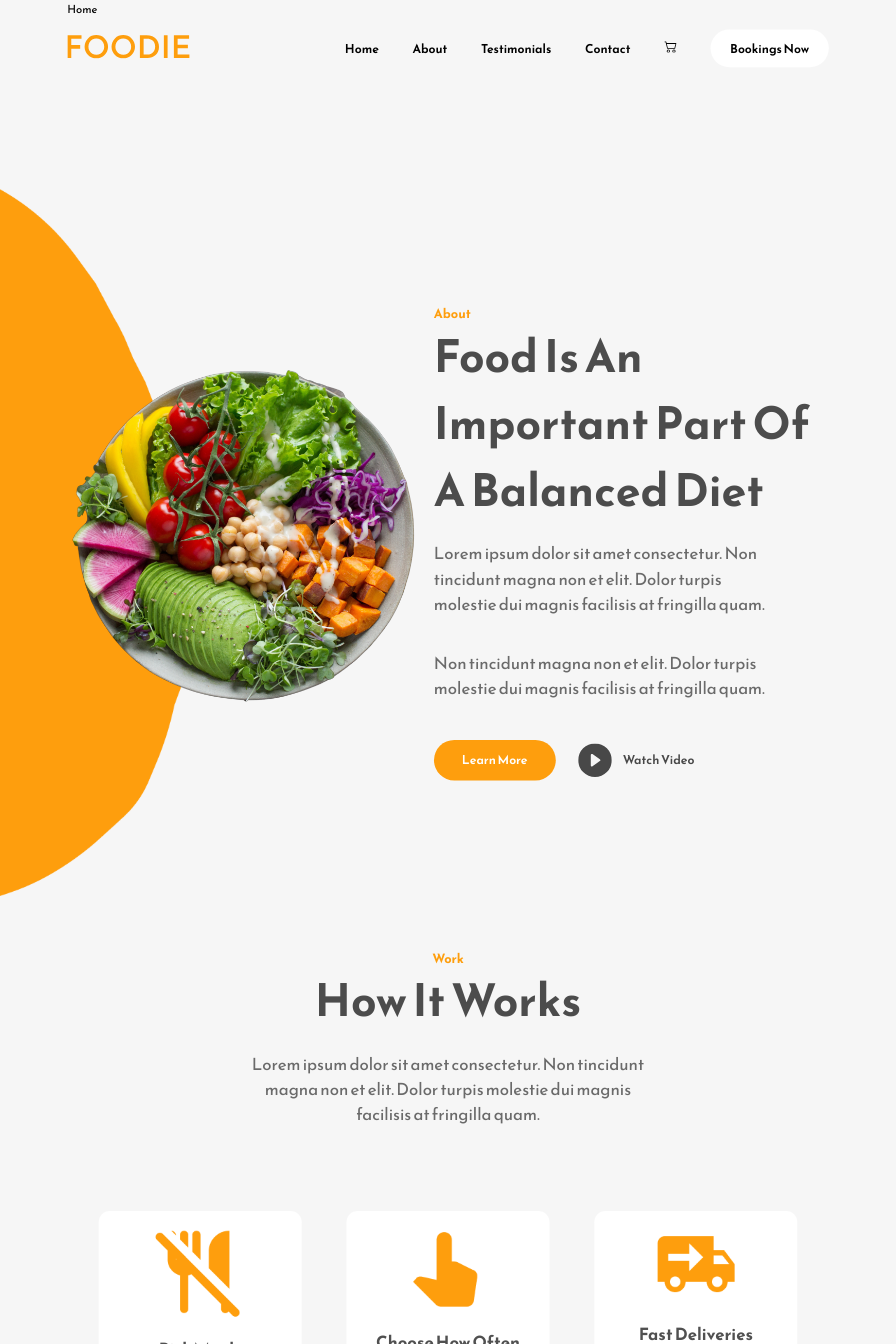
Repository: alagarragavan/react-landing-page
Page: /
These files come from the project's save history. The page is drawn as it stood at one moment and after a run of saves; the edit follows.
The browser window is 1280 px wide. The pictures show the part of the page from y = 0 to 1920 px (the page is 3918 px tall before and 3894 px after), at 70% of full size.
The project was rebuilt for these pictures with package versions that can differ from the ones it lists, and the page was loaded fresh each time.

Above is the page before, as saved 2024-07-16 14:13:28.

### public/index.html
<!DOCTYPE html>
<html lang="en">
  <head>
    <meta charset="utf-8" />
    <link rel="icon" href="%PUBLIC_URL%/favicon.ico" />
    <meta name="viewport" content="width=device-width, initial-scale=1" />
    <meta name="theme-color" content="#000000" />
    <meta
      name="description"
      content="Web site created using create-react-app"
    />
    <link rel="apple-touch-icon" href="%PUBLIC_URL%/logo192.png" />

    <link rel="manifest" href="%PUBLIC_URL%/manifest.json" />
    <link rel="preconnect" href="https://fonts.googleapis.com">
    <link rel="preconnect" href="https://fonts.gstatic.com" crossorigin>
    <link href="https://fonts.googleapis.com/css2?family=Reem+Kufi:wght@400..700&display=swap" rel="stylesheet">
    <title>Restaurant Landing App</title>
  </head>
  <body>
    <noscript>You need to enable JavaScript to run this app.</noscript>
    <div id="root"></div>

  </body>
</html>

### src/Components/Home.js
import React from 'react'
import Navbar from './Navbar'

const Home = () => {
  return (

    <div>Home
       <Navbar/>
    </div>
  )
}

export default Home

### src/Components/About.js
import React from "react";
import AboutBackground from "../Assets/about-background.png";
import AboutBackgroundImage from "../Assets/about-background-image.png";
import { BsFillPlayCircleFill } from "react-icons/bs";

const About = () => {
  return (
    <div className="about-section-container">
      <div className="about-background-image-container">
        <img src={AboutBackground} alt="" />
      </div>
      <div className="about-section-image-container">
        <img src={AboutBackgroundImage} alt="" />
      </div>
      <div className="about-section-text-container">
        <p className="primary-subheading">About</p>
        <h1 className="primary-heading">
          Food Is An Important Part Of A Balanced Diet
        </h1>
        <p className="primary-text">
          Lorem ipsum dolor sit amet consectetur. Non tincidunt magna non et
          elit. Dolor turpis molestie dui magnis facilisis at fringilla quam.
        </p>
        <p className="primary-text">
          Non tincidunt magna non et elit. Dolor turpis molestie dui magnis
          facilisis at fringilla quam.
        </p>
        <div className="about-buttons-container">
          <button className="secondary-button">Learn More</button>
          <button className="watch-video-button">
            <BsFillPlayCircleFill /> Watch Video
          </button>
        </div>
      </div>
    </div>
  );
};

export default About;

### src/Components/Work.js
import React from "react";
import PickMeals from "../Assets/pick-meals-image.png";
import ChooseMeals from "../Assets/choose-image.png";
import DeliveryMeals from "../Assets/delivery-image.png";

const Work = () => {
  const workInfoData = [
    {
      image: PickMeals,
      title: "Pick Meals",
      text: "Lorem ipsum dolor sit amet consectetur. Maecenas orci et sagittis duis elementum interdum facilisi bibendum.",
    },
    {
      image: ChooseMeals,
      title: "Choose How Often",
      text: "Lorem ipsum dolor sit amet consectetur. Maecenas orci et ",
    },
    {
      image: DeliveryMeals,
      title: "Fast Deliveries",
      text: "Lorem ipsum dolor sit amet consectetur. Maecenas orci et lorem ipsum",
    },
  ];
  return (
    <div className="work-section-wrapper">
      <div className="work-section-top">
        <p className="primary-subheading">Work</p>
        <h1 className="primary-heading">How It Works</h1>
        <p className="primary-text">
          Lorem ipsum dolor sit amet consectetur. Non tincidunt magna non et
          elit. Dolor turpis molestie dui magnis facilisis at fringilla quam.
        </p>
      </div>
      <div className="work-section-bottom">
        {workInfoData.map((data) => (
          <div className="work-section-info" key={data.title}>
            <div className="info-boxes-img-container">
              <img src={data.image} alt="" />
            </div>
            <h2>{data.title}</h2>
            <p>{data.text}</p>
          </div>
        ))}
      </div>
    </div>
  );
};

export default Work;

### src/Components/Testimonial.js
import React from "react";
import ProfilePic from "../Assets/john-doe-image.png";
import { AiFillStar } from "react-icons/ai";

const Testimonial = () => {
  return (
    <div className="work-section-wrapper">
      <div className="work-section-top">
        <p className="primary-subheading">Testimonial</p>
        <h1 className="primary-heading">What They Are Saying</h1>
        <p className="primary-text">
          Lorem ipsum dolor sit amet consectetur. Non tincidunt magna non et
          elit. Dolor turpis molestie dui magnis facilisis at fringilla quam.
        </p>
      </div>
      <div className="testimonial-section-bottom">
        <img src={ProfilePic} alt="" />
        <p>
          Lorem ipsum dolor sit amet consectetur. Non tincidunt magna non et
          elit. Dolor turpis molestie dui magnis facilisis at fringilla quam.
        </p>
        <div className="testimonials-stars-container">
          <AiFillStar />
          <AiFillStar />
          <AiFillStar />
          <AiFillStar />
          <AiFillStar />
        </div>
        <h2>John Doe</h2>
      </div>
    </div>
  );
};

export default Testimonial;

### src/Components/Footer.js
import React from "react";
import Logo from "../Assets/Logo.svg";
import { BsTwitter } from "react-icons/bs";
import { SiLinkedin } from "react-icons/si";
import { BsYoutube } from "react-icons/bs";
import { FaFacebookF } from "react-icons/fa";

const Footer = () => {
  return (
    <div className="footer-wrapper">
      <div className="footer-section-one">
        <div className="footer-logo-container">
          <img src={Logo} alt="" />
        </div>
        <div className="footer-icons">
          <BsTwitter />
          <SiLinkedin />
          <BsYoutube />
          <FaFacebookF />
        </div>
      </div>
      <div className="footer-section-two">
        <div className="footer-section-columns">
          <span>Qualtiy</span>
          <span>Help</span>
          <span>Share</span>
          <span>Carrers</span>
          <span>Testimonials</span>
          <span>Work</span>
        </div>
        <div className="footer-section-columns">
          <span>244-5333-7783</span>
          <span>hello@food.com</span>
          <span>press@food.com</span>
          <span>contact@food.com</span>
        </div>
        <div className="footer-section-columns">
          <span>Terms & Conditions</span>
          <span>Privacy Policy</span>
        </div>
      </div>
    </div>
  );
};

export default Footer;

Loaded but not shown: src/index.js (common file); src/App.js (common file); src/App.css (common file); src/Components/Contact.js (common file); src/Components/Navbar.js (common file)

After the next 4 saves:
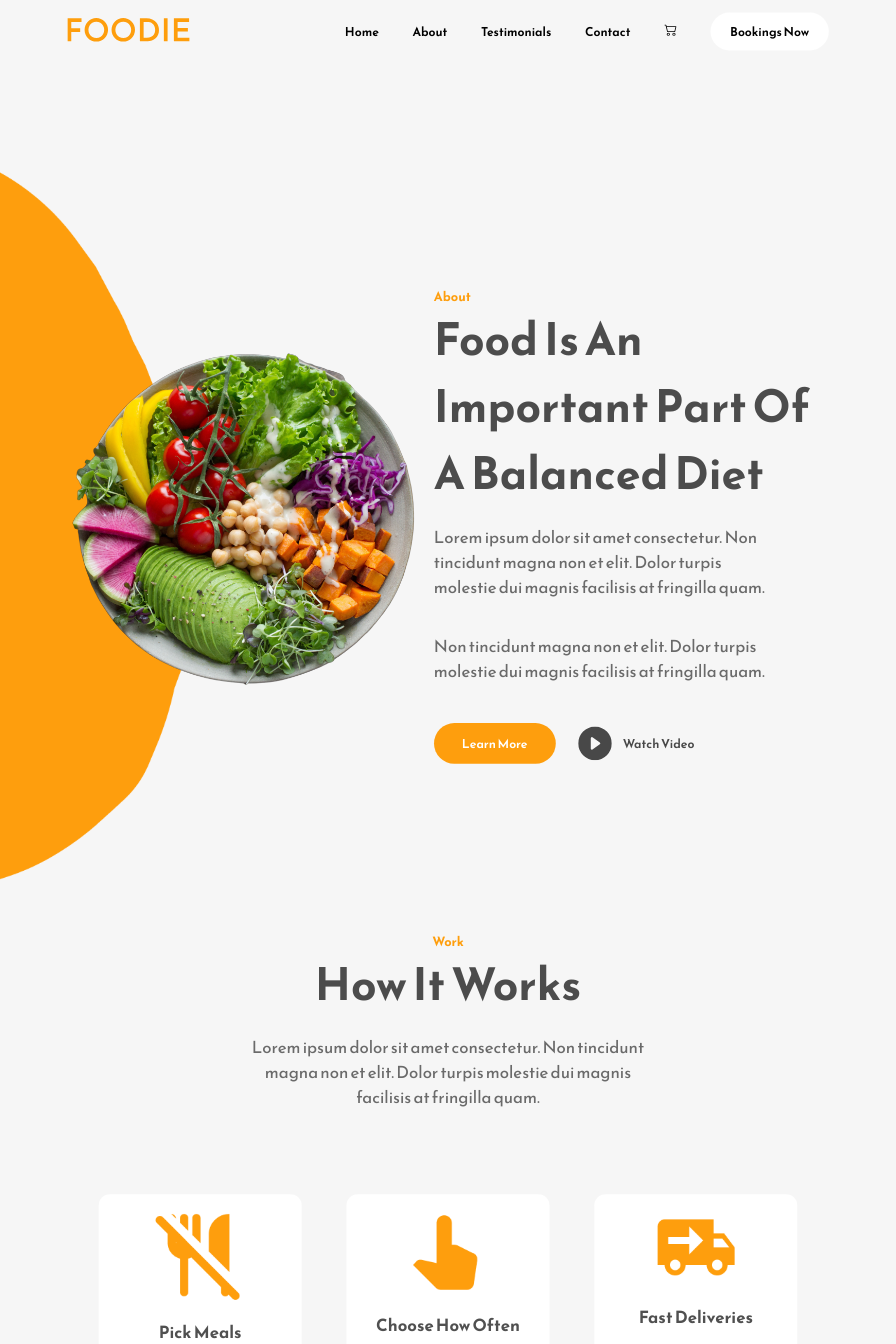
The 4 saves are shown as one change because they came seconds apart.
The last was saved 93 s later.
--- a/src/Components/Home.js
+++ b/src/Components/Home.js
@@ -4,7 +4,7 @@ import Navbar from './Navbar'
 const Home = () => {
   return (
 
-    <div>Home
+    <div className=''>
        <Navbar/>
     </div>
   )
